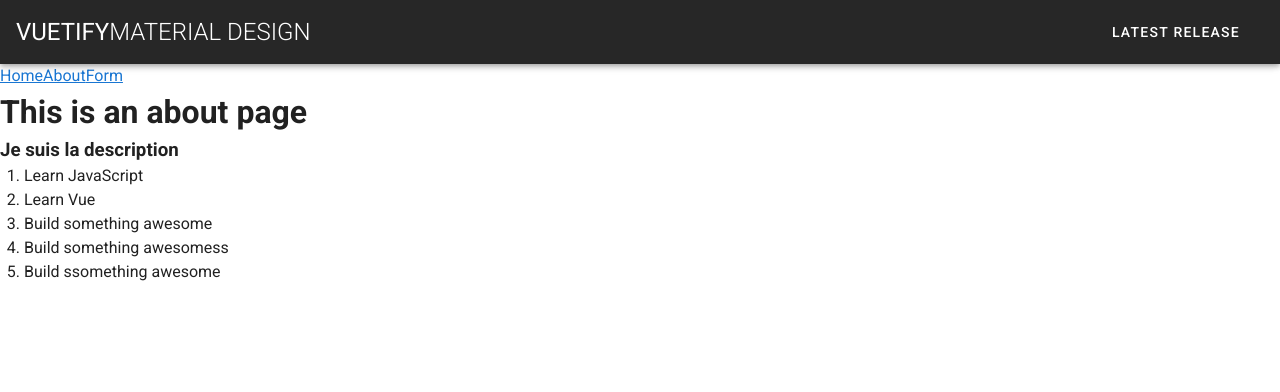
Repository: Symfomany/vuex-testing
Page: /about
An editor plug-in stored every save of this project. The page is shown before and after the next save, followed by the edit.
The browser window is 1280 px wide. The pictures show the whole page.
The project was rebuilt for these pictures with package versions that can differ from the ones it lists, and the page was loaded fresh each time. Also part of the build but not shown: src/components/HelloWorld.vue, src/components/Nb.vue, src/components/Liste.vue, src/containers/Home.vue.

Above is the page before, as saved 2019-07-27 09:38:42.

### public/index.html
<!DOCTYPE html>
<html lang="en">
  <head>
    <meta charset="utf-8">
    <meta http-equiv="X-UA-Compatible" content="IE=edge">
    <meta name="viewport" content="width=device-width,initial-scale=1.0">
    <link rel="icon" href="<%= BASE_URL %>favicon.ico">
    <title>pok</title>
    <link rel="stylesheet" href="https://fonts.googleapis.com/css?family=Roboto:100,300,400,500,700,900">
    <link rel="stylesheet" href="https://cdn.jsdelivr.net/npm/@mdi/font@latest/css/materialdesignicons.min.css">
  </head>
  <body>
    <noscript>
      <strong>We're sorry but pok doesn't work properly without JavaScript enabled. Please enable it to continue.</strong>
    </noscript>
    <div id="app"></div>
    <!-- built files will be auto injected -->
  </body>
</html>

### src/main.js
import Vue from "vue";
import App from "./App.vue";
import router from "./router";
import store from "./store";
import vuetify from "./plugins/vuetify";
import "vuetify/dist/vuetify.min.css"; // Ensure you are using css-loader

Vue.config.productionTip = false;

const app = new Vue({
  router,
  store,
  vuetify,
  render: h => h(App)
}).$mount("#app");

if (window.Cypress) {
  window.app = app;
}

### src/App.vue
<template>
  <v-app>
    <v-app-bar dark app>
      <v-toolbar-title class="headline text-uppercase">
        <span>Vuetify</span>
        <span class="font-weight-light">MATERIAL DESIGN</span>
      </v-toolbar-title>
      <v-spacer></v-spacer>
      <v-btn text href="https://github.com/vuetifyjs/vuetify/releases/latest" target="_blank">
        <span class="mr-2">Latest Release</span>
      </v-btn>
    </v-app-bar>

    <v-content>
      <router-link to="/">Home</router-link>
      <router-link to="/about">About</router-link>
      <router-link to="/form">Form</router-link>

      <router-view></router-view>
    </v-content>
  </v-app>
</template>

<script>
export default {
  name: "App",
  components: {},
  data: () => ({
    //
  })
};
</script>

### src/containers/About.vue
<template>
  <div class="about">
    <h1>This is an about page</h1>
    <Description></Description>
  </div>
</template>

<script>
import Description from "@/components/Description.vue";

export default {
  components: {
    Description
  }
};
</script>

### src/components/Description.vue
<template>
  <div>
    <v-alert v-model="show" type="success" class="mb-4">Il y a trop de todos!</v-alert>
    <v-alert v-model="showTwo" type="error" class="mb-4">Il y a pas assez de todos!</v-alert>
    <h3>Je suis la description</h3>
    <span v-if="seen">Now you see me</span>
    <ol>
      <li v-for="todo in todos">{{ todo.text }}</li>
    </ol>
  </div>
</template>

<script>
export default {
  data: () => ({
    seen: false,
    show: false,
    todos: [
      { text: "Learn JavaScript" },
      { text: "Learn Vue" },
      { text: "Build something awesome" },
      { text: "Build something awesomess" },
      { text: "Build ssomething awesome" }
    ]
  }),
  computed: {
    showTwo() {
      return this.todos.length < 2;
    }
  },
  watch: {
    todos(val) {
      if (val.length >= 4) {
        this.show = true;
      }
    }
  }
};
</script>

Loaded but not shown: src/router.js (common file); src/plugins/vuetify.js (common file); src/store.js (no copy from this time; the picture is the same without it)

After the next save:
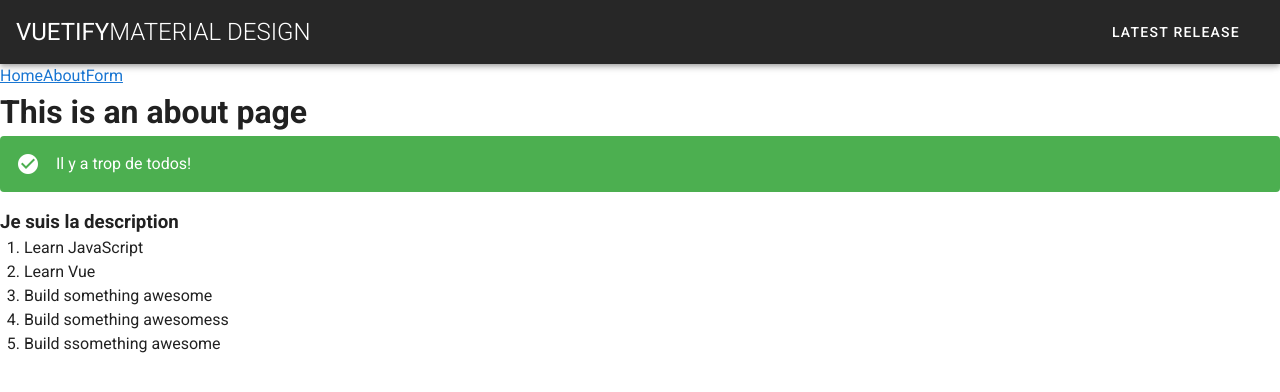
Saved 40 s later.
--- a/src/components/Description.vue
+++ b/src/components/Description.vue
@@ -14,7 +14,6 @@
 export default {
   data: () => ({
     seen: false,
-    show: false,
     todos: [
       { text: "Learn JavaScript" },
       { text: "Learn Vue" },
@@ -26,14 +25,11 @@
   computed: {
     showTwo() {
       return this.todos.length < 2;
+    },
+    show(val) {
+      return this.todos.length >= 2;
     }
   },
-  watch: {
-    todos(val) {
-      if (val.length >= 4) {
-        this.show = true;
-      }
-    }
-  }
+  watch: {}
 };
 </script>

After the 3 saves that followed:
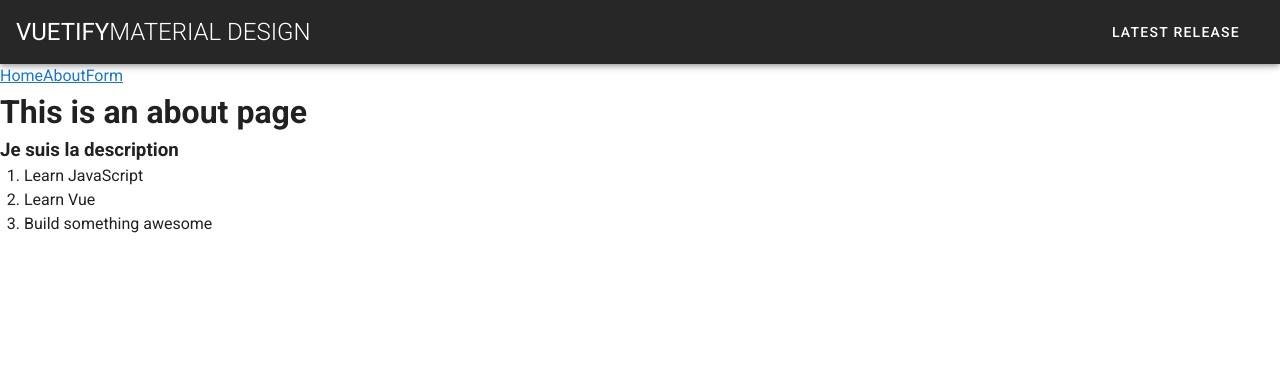
The 3 saves are shown as one change because they came seconds apart.
The last was saved 15 s later.
--- a/src/components/Description.vue
+++ b/src/components/Description.vue
@@ -17,9 +17,7 @@
     todos: [
       { text: "Learn JavaScript" },
       { text: "Learn Vue" },
-      { text: "Build something awesome" },
-      { text: "Build something awesomess" },
-      { text: "Build ssomething awesome" }
+      { text: "Build something awesome" }
     ]
   }),
   computed: {
@@ -27,7 +25,7 @@
       return this.todos.length < 2;
     },
     show(val) {
-      return this.todos.length >= 2;
+      return this.todos.length >= 4;
     }
   },
   watch: {}
